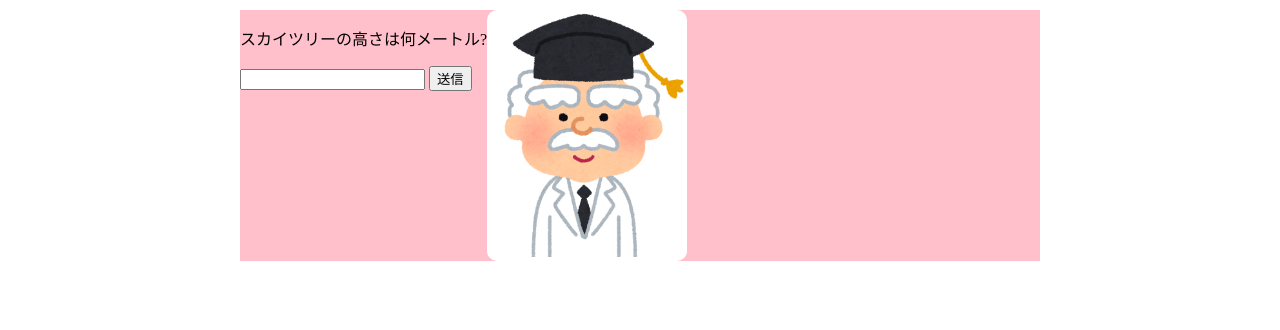
Repository: shotasuzuki01/shotaextest
Page: http://localhost/Quiz/
An editor plug-in stored every save of this project. The page is shown before and after the next save, followed by the edit.
The browser window is 1280 px wide. The pictures show the whole page.
The page is served by Tomcat 9.

Above is the page before, as saved 2022-05-25 04:57:05.

After the next save:
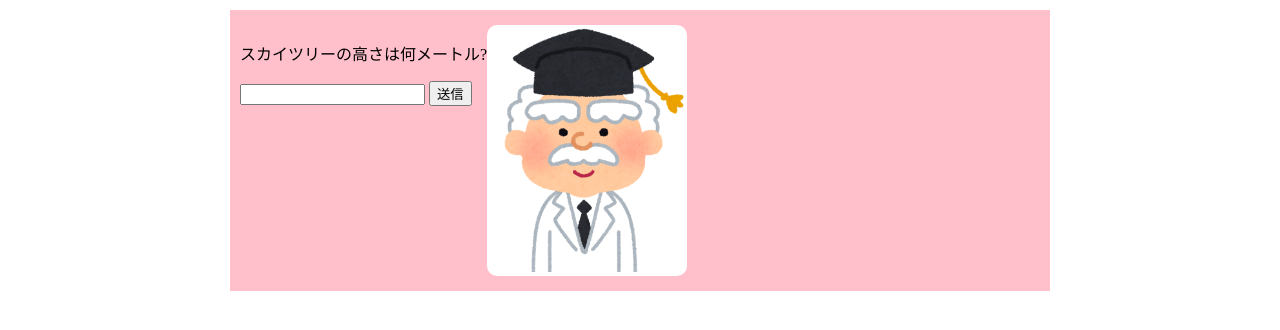
Saved 27 s later.
--- a/Quiz/WebContent/css/main.css
+++ b/Quiz/WebContent/css/main.css
@@ -4,7 +4,7 @@
 	margin:10px auto;
 	background:pink;
 	display:flex;
-	padding:15px,10px;
+	padding:15px 10px;
 }
 #boxB .imgBox{
 	border-radius:10px;
